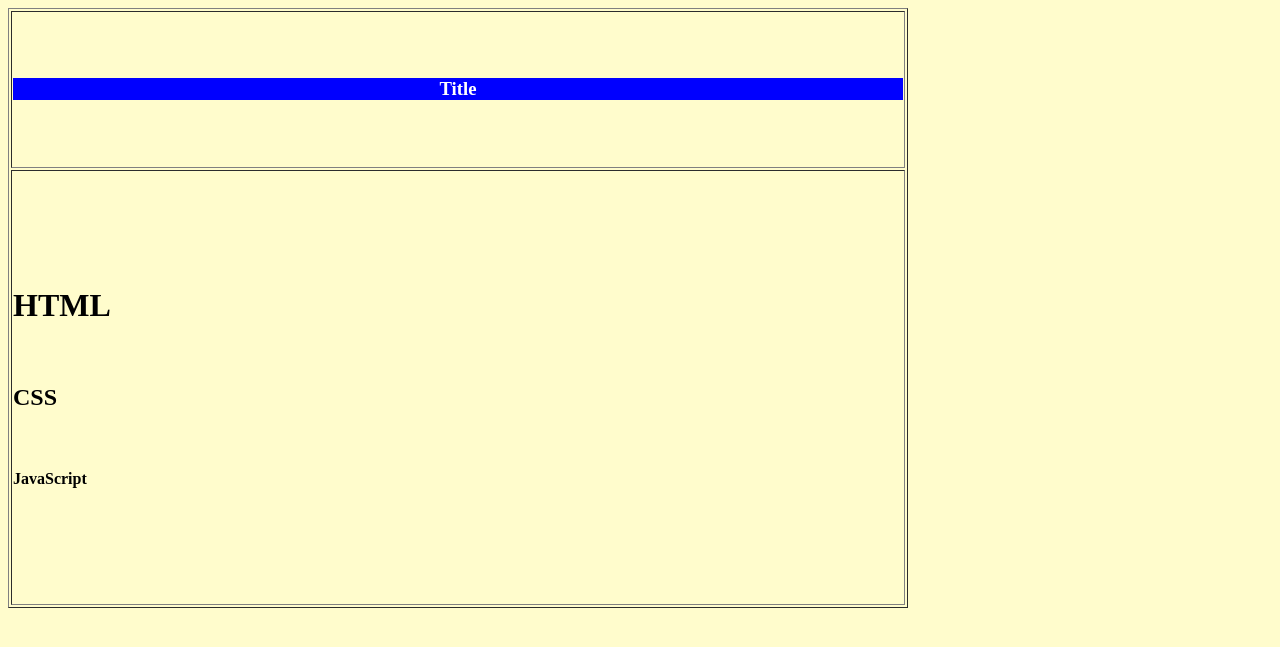
Repository: Hwangjiwon/MultiCampus
Page: http://localhost/2Study/jsp/header.jsp
An editor plug-in stored every save of this project. The page is shown before and after the next save, followed by the edit.
The browser window is 1280 px wide. The pictures show the whole page.
The page is served by Tomcat 9.

Above is the page before, as saved 2019-05-31 06:16:12.

After the next save:
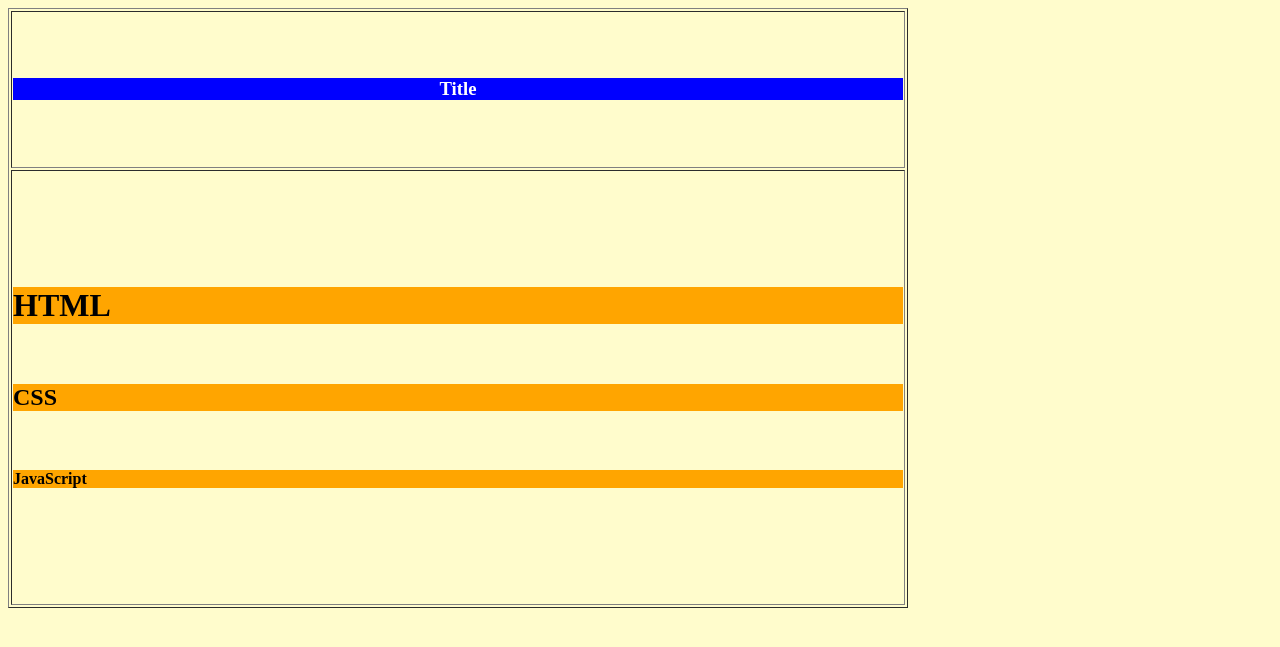
Saved 33 s later.
--- a/2Study/WebContent/jsp/header.jsp
+++ b/2Study/WebContent/jsp/header.jsp
@@ -8,6 +8,7 @@
 
 <!-- <link rel = "stylesheet" type = "text/css" href = "/2Study/css/style01.css"> -->
 <style> @import "/2Study/css/style01.css";></style>
+<style> @import "/2Study/css/mystyle.css";></style>
 </head>
 <body style = "background: #FFFCCC">
 	<table border="1" width="900" height="600">
